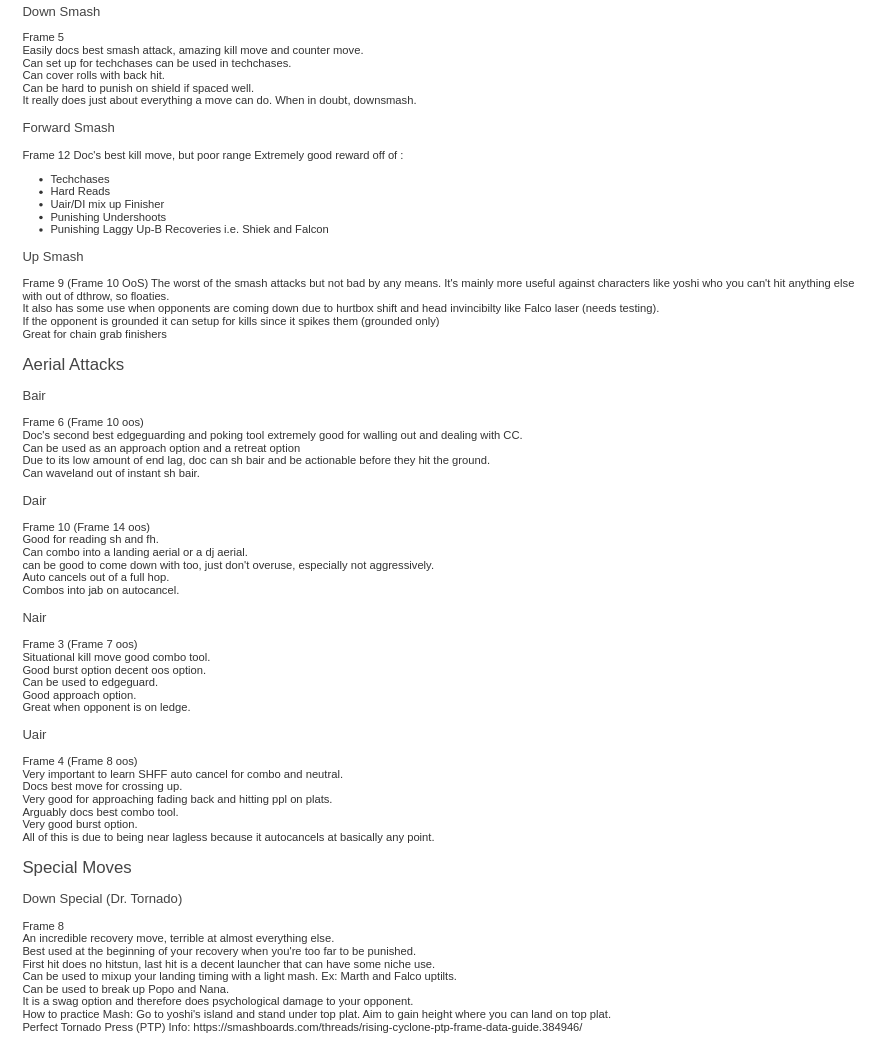
Repository: MatthewBakley/Doc-Document
Page: / (app in melee-doc-web/)
The author's editor kept a copy of each file at every save. The page is drawn from the files as they stood at one save, then again after the next save.
The browser window is 1280 px wide. The pictures show the part of the page from y = 1293 to 3213 px (the page is 2801 px tall before and 3213 px after), at 70% of full size.
The project was rebuilt for these pictures with package versions that can differ from the ones it lists, and the page was loaded fresh each time. Also part of the build but not shown: melee-doc-web/angular.json.

Above is the page before, as saved 2022-10-29 15:18:47.

After the next save:
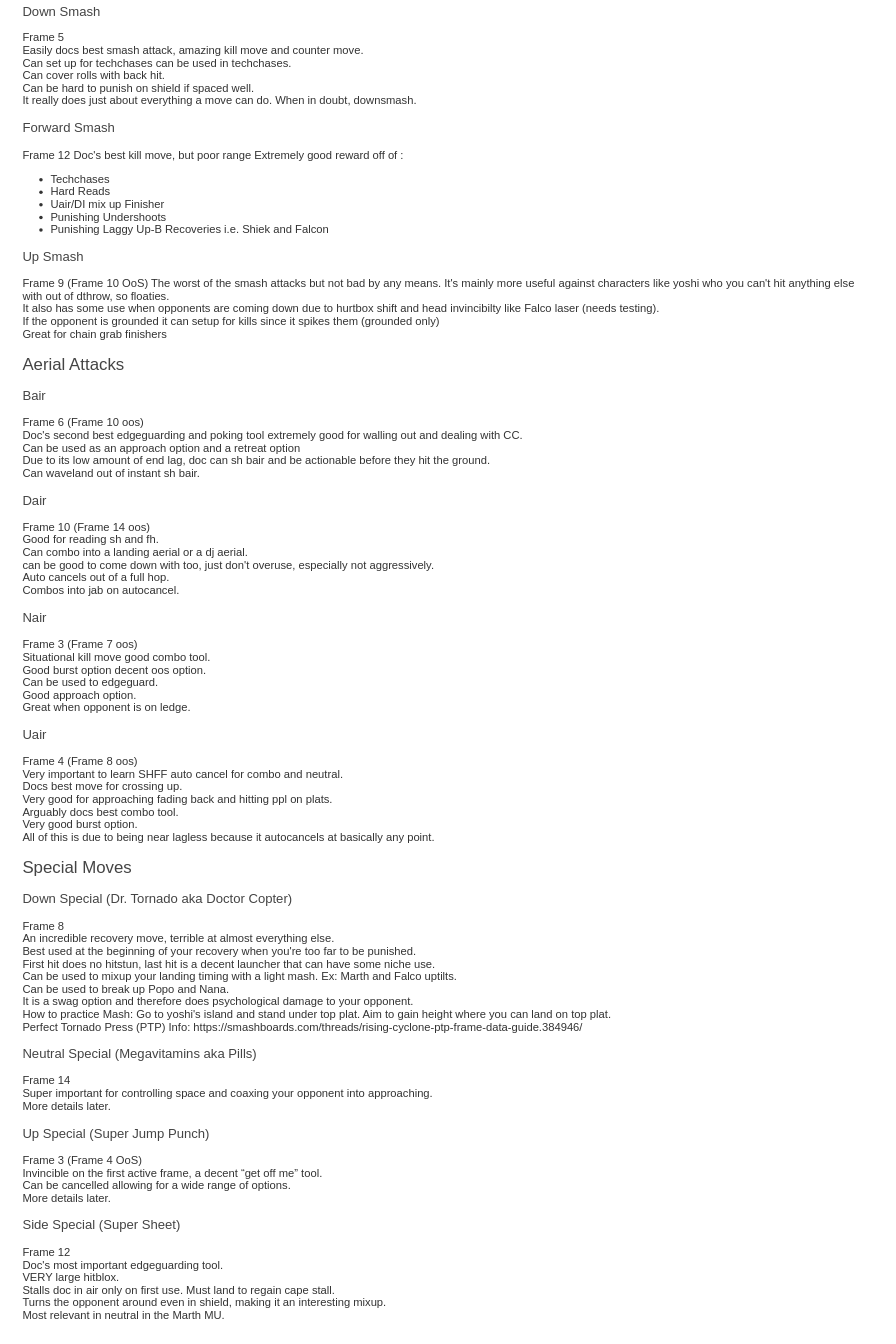
Saved 50 min 49 s later.
--- a/melee-doc-web/src/app/app.component.html
+++ b/melee-doc-web/src/app/app.component.html
@@ -140,7 +140,7 @@
  </p>
 
 <h2>Special Moves</h2>
-<h3>Down Special (Dr. Tornado)</h3>
+<h3>Down Special (Dr. Tornado aka Doctor Copter)</h3>
 <p>
   Frame 8<br>
   An incredible recovery move, terrible at almost everything else.<br>
@@ -156,3 +156,26 @@
   Perfect Tornado Press (PTP) Info:
   https://smashboards.com/threads/rising-cyclone-ptp-frame-data-guide.384946/<br>
 </p>
+<h3>Neutral Special (Megavitamins aka Pills)</h3>
+<p>
+  Frame 14<br>
+  Super important for controlling space and coaxing your opponent into approaching.<br>
+  More details later.
+</p>
+<h3>Up Special (Super Jump Punch)</h3>
+<p>
+  Frame 3 (Frame 4 OoS)<br>
+  Invincible on the first active frame, a decent “get off me” tool.<br>
+  Can be cancelled allowing for a wide range of options.<br>
+  More details later.
+</p>
+<h3>Side Special (Super Sheet)</h3>
+<p>
+  Frame 12<br>
+  Doc's most important edgeguarding tool.<br>
+  VERY large hitblox.<br>
+  Stalls doc in air only on first use.
+  Must land to regain cape stall.<br>
+  Turns the opponent around even in shield, making it an interesting mixup.<br>
+  Most relevant in neutral in the Marth MU.<br>
+</p>
